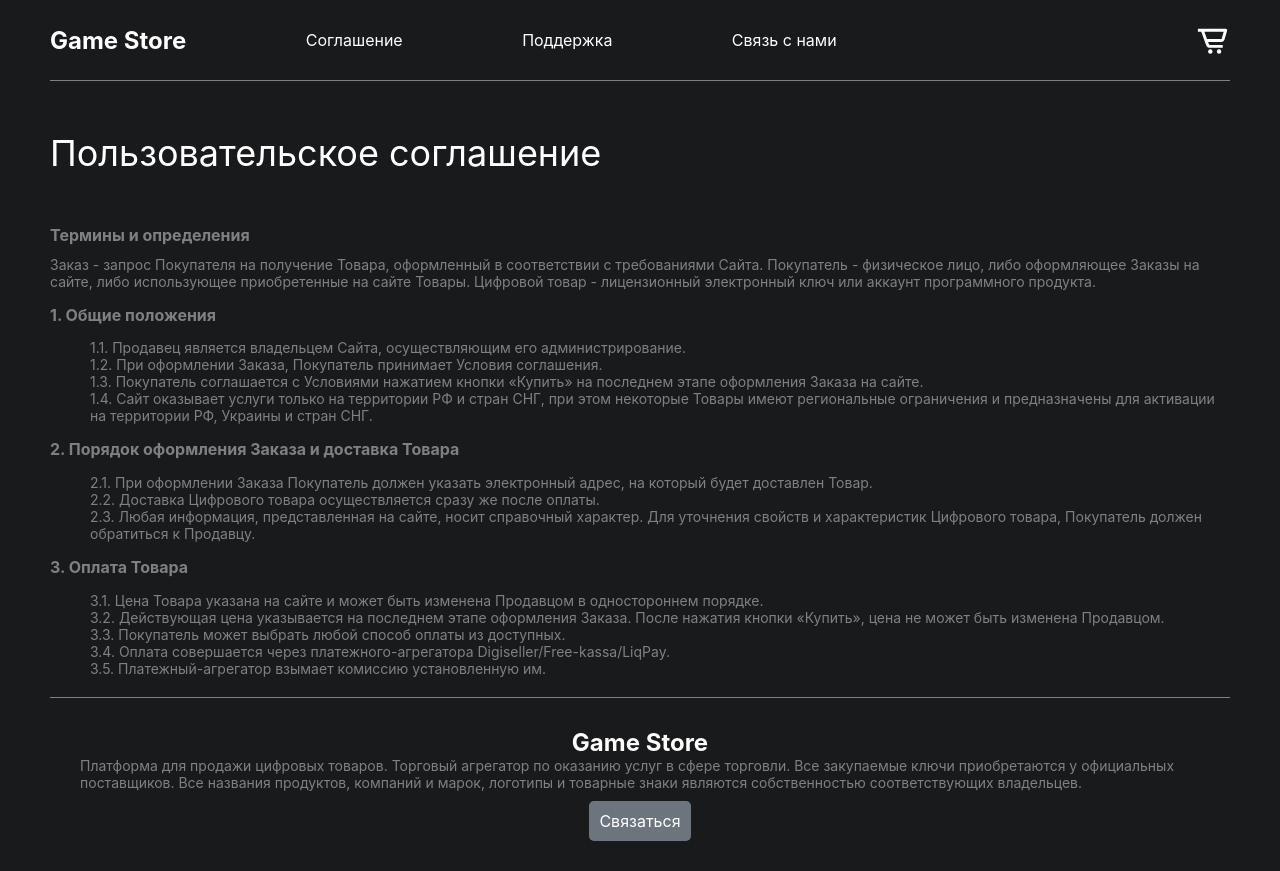
Repository: Minkeani/GameStore
Page: /agreement
The author's editor kept a copy of each file at every save. The page is drawn from the files as they stood at one save, then again after the next save.
The browser window is 1280 px wide. The pictures show the whole page.
The project was rebuilt for these pictures with package versions that can differ from the ones it lists, and the page was loaded fresh each time. Also part of the build but not shown: src/components/ItemsInCart/ItemsInCart.css, src/components/ItemsInCart/ItemsInCart.jsx, src/components/CartMenu/CartMenu.css, src/components/Btn/Btn.css, src/components/Btn/Btn.jsx, src/components/CartItem/CartItem.css, src/components/CartItem/CartItem.jsx, src/components/utils/utils.js and 18 more.

Above is the page before, as saved 2022-09-11 11:46:56.

After the next save:
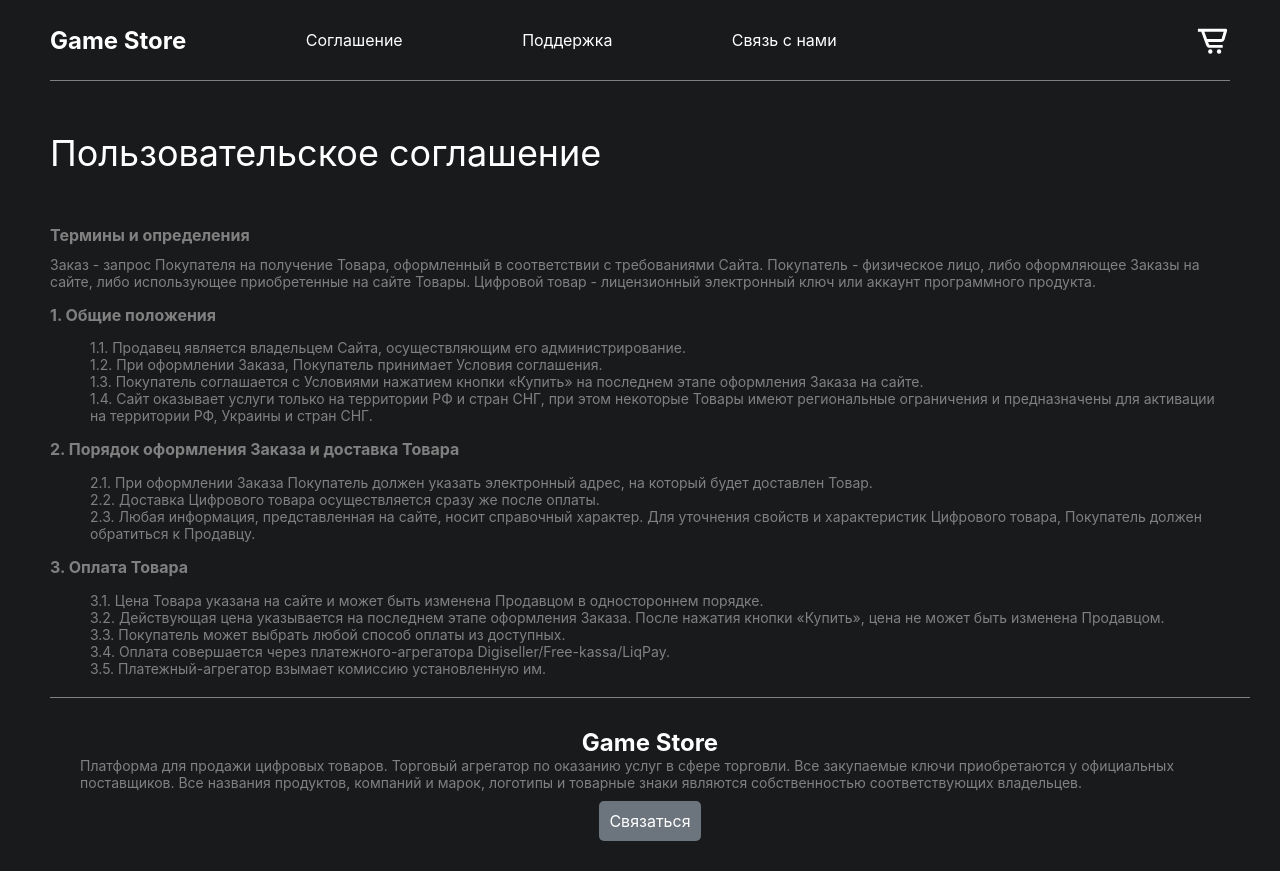
Saved 2 min 17 s later.
--- a/src/components/Footer/Footer.css
+++ b/src/components/Footer/Footer.css
@@ -1,8 +1,10 @@
 .footer {
     height: 100%;
     padding: 10px;
+    width: 100%;
     display: flex;
     flex-grow: 1;
+    position: relative;
     margin-bottom: 0;
     margin-top: 20px;
     border-top: 1px solid gray
